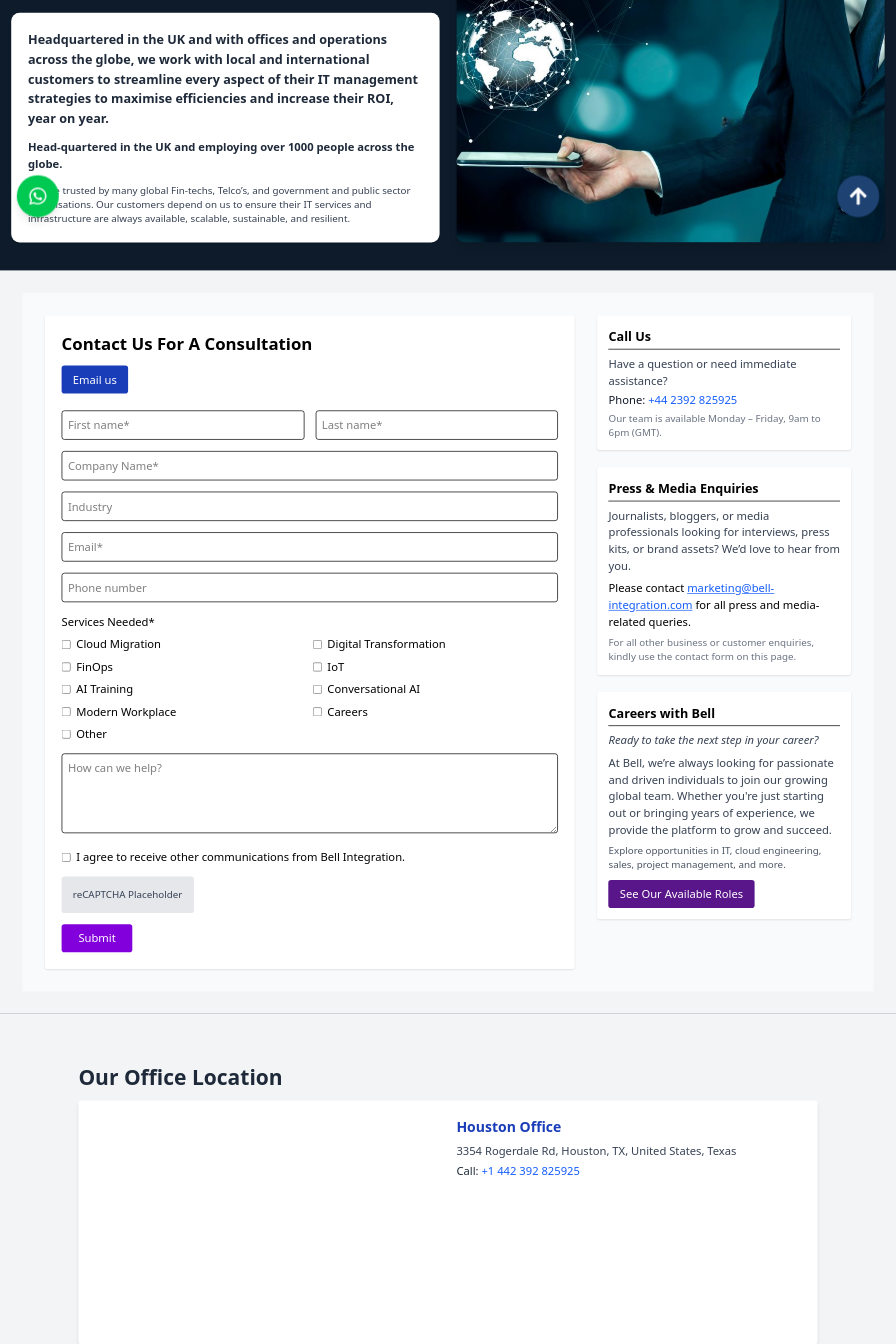
Repository: chykesure/cloudsentrics_
Page: /contact
These files come from the project's save history. The page is drawn as it stood at one moment and after the next save; the edit follows.
The browser window is 1280 px wide. The pictures show the part of the page from y = 385 to 2305 px (the page is 2555 px tall before and 2677 px after), at 70% of full size.
Pictures or frames that could not be fetched are drawn as grey boxes. The project was rebuilt for these pictures with package versions that can differ from the ones it lists, and the page was loaded fresh each time. Also part of the build but not shown: vite.config.js, src/pages/Header.jsx, src/pages/Footer.jsx, src/pages/students/Reviews.jsx, src/pages/students/Testimony.jsx, src/pages/students/TestimonyLanding.jsx, src/pages/LandingPage.jsx, src/pages/students/Header.jsx and 41 more.

Above is the page before, as saved 2025-04-09 12:37:28.

### src/index.css
@import "tailwindcss";

@keyframes zoomInOut {
    0% {
        transform: scale(1);
    }
    100% {
        transform: scale(1.1);
    }
}

.zoom-animation {
    animation: zoomInOut 5s infinite alternate ease-in-out;

}

### src/App.jsx
import { BrowserRouter as Router, Routes, Route } from "react-router-dom";
import LandingPage from "./pages/LandingPage";
import StudentPage from "./pages/students/StudentPage";
import AboutUs from "./pages/students/AboutUs/AboutUs";
import "./App.css";
import AWS from "./pages/students/courses/AWS";
import DevSecOps from "./pages/students/courses/DevSecOps";
import AZURE from "./pages/students/courses/AZURE";
import Blogs from "./pages/students/blogs/Blogs";
import EventsPage from "./pages/students/events/EventsPage";
import FloatsButtons from "./pages/FloatsButtons";
import PartnerPage from "./pages/partners/home/PartnerPage";
import Ai from "./pages/partners/menu/ai";
import CloudSecurity from "./pages/partners/menu/cloudsecurity";
import IOT from "./pages/partners/menu/iot";
import Technology from "./pages/partners/menu/technology";
import Workplace from "./pages/partners/menu/workplace";
import InsightMenu from "./pages/partners/main_menu/insight";
import NewsPage from "./pages/partners/main_menu/news";
import CaseStudy from "./pages/partners/main_menu/casestudy";
import AboutCloud from "./pages/partners/main_menu/aboutus";
import Careers from "./pages/partners/main_menu/careers";
import ContactUs from "./pages/partners/main_menu/contact";

function App() {
  return (
    <Router>
      <div className="flex flex-col min-h-screen">
        {/* Floating Buttons will always be visible */}
        <FloatsButtons />

        <div className="flex-grow pt-20"> {/* Adjust padding-top based on header height */}
          <Routes>

            {/* Student Section */}
            <Route path="/" element={<LandingPage />} />
            <Route path="/StudentPage" element={<StudentPage />} />
            <Route path="/about" element={<AboutUs />} />
            <Route path="/courses/AWS" element={<AWS />} />
            <Route path="/courses/Azure" element={<AZURE />} />
            <Route path="/courses/DevSecOps" element={<DevSecOps />} />
            <Route path="/blog" element={<Blogs />} />
            <Route path="/events" element={<EventsPage />} />

            {/* The Partner Section */}
            <Route path="/PartnerPage" element={<PartnerPage />} />
            <Route path="/ai" element={<Ai />} />
            <Route path="/cloud-security" element={<CloudSecurity />} />
            <Route path="/iot" element={<IOT />} />
            <Route path="/technology" element={<Technology />} />
            <Route path="/modern-workplace" element={<Workplace />} />
            <Route path="/insights" element={<InsightMenu />} />
            <Route path="/news" element={<NewsPage />} />
            <Route path="/case-studies" element={<CaseStudy />} />
            <Route path="/about-cloudsentrics" element={<AboutCloud />} />
            <Route path="/careers" element={<Careers />} />
            <Route path="/contact" element={<ContactUs />} />
          </Routes>
        </div>
      </div>
    </Router>
  );
}

export default App;

### src/pages/FloatsButtons.jsx
import { FaWhatsapp, FaArrowUp } from "react-icons/fa";
import { motion } from "framer-motion";

const FloatsButtons = () => {
    const scrollToTop = () => {
        window.scrollTo({ top: 0, behavior: "smooth" });
    };

    return (
        <>
            {/* Floating WhatsApp Button (Left) */}
            <motion.a
                href="https://wa.me/message/62QVNSESZ56FC1"
                target="_blank"
                rel="noopener noreferrer"
                className="fixed bottom-6 left-6 bg-green-500 text-white p-4 rounded-full shadow-lg flex items-center justify-center z-50"
                title="Chat with us on WhatsApp"
                animate={{ y: [0, -10, 0] }}
                transition={{ duration: 1.5, repeat: Infinity, repeatType: "reverse", ease: "easeInOut" }}
                whileHover={{ scale: 1.2 }}
            >
                <FaWhatsapp size={28} />
            </motion.a>

            {/* Floating Back to Top Button (Right) */}
            <motion.button
                onClick={scrollToTop}
                className="fixed bottom-6 right-6 bg-[#1e4272] text-white p-4 rounded-full shadow-lg flex items-center justify-center z-50"
                title="Back to Top"
                animate={{ y: [0, -10, 0] }}
                transition={{ duration: 1.5, repeat: Infinity, repeatType: "reverse", ease: "easeInOut" }}
                whileHover={{ scale: 1.2 }}
            >
                <FaArrowUp size={28} />
            </motion.button>
        </>
    );
};

export default FloatsButtons;

### src/pages/partners/main_menu/contact.jsx
import React from "react";
import Header from "../Header";
import { motion } from "framer-motion";
import { Link } from "react-router-dom";
import Footer from "../home/Footer";
import SearchArticles from "./search";
import ContactForm from "./contactother";
import ContactMap from "./contactmap";

const logo = "/assets/logo.jpg";
const heroImage = "/assets/contact.jpg";

const ContactUs = () => {
    return (
        <div className="min-h-screen bg-[#0d1b2a] text-white">
            {/* Header Section */}
            <div className="flex justify-center px-6 md:px-12 py-6 bg-white shadow-lg w-full h-28 md:h-32 lg:h-40">
                <div className="flex items-center justify-between w-full max-w-[1200px] mx-auto h-full">

                    {/* Left: Logo and Branding - Fully Left-Aligned */}
                    <div className="absolute left-0 flex items-center w-auto h-full">
                        <Link to="/PartnerPage">
                            <img
                                src={logo}
                                alt="Cloudsentrics Logo"
                                className="h-20 md:h-28 lg:h-34 w-auto ml-9 transition-all duration-300"
                            />
                        </Link>
                    </div>

                    {/* Right: Navigation Menu - Centered */}
                    <motion.div
                        className="hidden md:flex flex-grow justify-center items-center space-x-6 lg:space-x-10 text-lg md:text-xl font-bold text-[#1e1e1e] tracking-wide h-full"
                        initial={{ opacity: 0, y: -10 }}
                        animate={{ opacity: 1, y: 0 }}
                        transition={{ duration: 0.6, ease: "easeOut" }}
                    >
                        {[
                            { label: "AI", path: "/ai" },
                            { label: "CLOUD & SECURITY", path: "/cloud-security" },
                            { label: "IOT", path: "/iot" },
                            { label: "MODERN WORKPLACE", path: "/modern-workplace" },
                            { label: "TECHNOLOGY", path: "/technology" }
                        ].map((item, index) => (
                            <Link key={index} to={item.path}>
                                <motion.span
                                    className="cursor-pointer transition-all duration-300 hover:text-blue-600 hover:scale-105 whitespace-nowrap"
                                    whileHover={{ scale: 1.1 }}
                                >
                                    {item.label}
                                </motion.span>
                            </Link>
                        ))}
                    </motion.div>

                </div>
            </div>



            <Header />

            <section className="container mx-auto flex flex-col md:flex-row gap-6 px-4 py-10">
                {/* Left Content */}
                <div className="flex-1 space-y-6">
                    <div>
                        <p className="text-sm text-gray-600 font-semibold">Contact Us</p>
                        <h2 className="text-3xl font-bold border-l-4 border-blue-700 pl-4 mt-2">
                        Get In Touch with <br/>Cloud Sentrics Integration
                        </h2>
                    </div>

                    <div className="bg-white p-6 shadow rounded-xl space-y-4">
                        <p className="text-lg font-semibold text-gray-800">
                        Headquartered in the UK and with offices and operations across the globe, we work with local and international customers to streamline every aspect of their IT management strategies to maximise efficiencies and increase their ROI, year on year.
                        </p>
                        <p className="font-semibold text-gray-800">
                            Head-quartered in the UK and employing over 1000 people across the globe.
                        </p>
                        <p className="text-sm text-gray-700">
                            We are trusted by many global Fin-techs, Telco’s, and government and public sector organisations. Our customers depend on us to ensure their IT services and infrastructure are always available, scalable, sustainable, and resilient.
                        </p>
                    </div>
                </div>

                {/* Right Image */}
                <div className="flex-1">
                    <div className="w-full h-full max-h-[500px] overflow-hidden rounded-xl shadow-lg">
                        <img
                            src={heroImage}
                            alt="Skyscraper"
                            className="w-full h-full object-cover"
                        />
                    </div>
                </div>
            </section>


            <section className="px-4 sm:px-6 md:px-6 lg:px-8 py-8 bg-gray-100">
                <ContactForm />
            </section>


            <section className="px-4 sm:px-6 md:px-6 lg:px-8 py-8 bg-gray-100">
                <ContactMap />
            </section>

            {/* Footer Section */}
            <section className="px-0 sm:px-0 md:px-0 lg:px-0 py-8 bg-gray-100 w-full">
                <Footer />
            </section>

        </div>
    );
};

export default ContactUs;

### src/pages/partners/Header.jsx
import { useState, useEffect } from "react";
import { FaSearch, FaPhone, FaBars, FaTimes } from "react-icons/fa";
import { Link } from "react-router-dom";
import { motion } from "framer-motion";

const Header = () => {
  const [menuOpen, setMenuOpen] = useState(false);
  const [expiry, setExpiry] = useState({ days: 203, hours: 2, minutes: 43, seconds: 8 });

  useEffect(() => {
    const timer = setInterval(() => {
      setExpiry((prev) => {
        let { days, hours, minutes, seconds } = prev;
        if (seconds > 0) {
          seconds -= 1;
        } else {
          seconds = 59;
          if (minutes > 0) {
            minutes -= 1;
          } else {
            minutes = 59;
            if (hours > 0) {
              hours -= 1;
            } else {
              hours = 23;
              if (days > 0) days -= 1;
            }
          }
        }
        return { days, hours, minutes, seconds };
      });
    }, 1000);

    return () => clearInterval(timer);
  }, []);

  return (
    <header className="bg-[#1e4272] text-white flex items-center justify-between px-6 py-4 fixed top-0 left-0 w-full z-50 shadow-md">
      {/* Windows 10 Expiry Countdown */}
      <div className="flex items-center gap-3 text-sm">
        {/* Countdown content here if needed */}
      </div>

      {/* Updated Desktop Navigation with Framer Motion and React Router */}
      <motion.div
        className="hidden lg:flex flex-grow justify-center items-center space-x-6 lg:space-x-10 text-lg lg:text-xl font-semibold tracking-wide h-full"
        initial={{ opacity: 0, y: -10 }}
        animate={{ opacity: 1, y: 0 }}
        transition={{ duration: 0.6, ease: "easeOut" }}
      >
        {[
          { label: "INSIGHTS", path: "/insights" },
          { label: "NEWS", path: "/news" },
          { label: "CASE STUDIES", path: "/case-studies" },
          { label: "ABOUT CLOUD-SENTRICS", path: "/about-cloudsentrics" },
          { label: "CAREERS", path: "/careers" },
          { label: "CONTACT", path: "/contact" },
        ].map((item, index) => (
          <Link key={index} to={item.path}>
            <motion.span
              className="relative cursor-pointer transition-all duration-300 group hover:text-blue-400 whitespace-nowrap"
              whileHover={{ scale: 1.1 }}
            >
              {item.label}
              <span className="absolute left-0 bottom-0 w-0 h-[3px] bg-white transition-all duration-300 group-hover:w-full"></span>
            </motion.span>
          </Link>
        ))}
      </motion.div>

      {/* Contact and Search */}
      <div className="hidden lg:flex items-center gap-4">
        <a
          href="tel:+442392825925"
          className="flex items-center gap-1 text-sm font-semibold transition-all duration-300 hover:text-gray-300"
        >
          <FaPhone /> +1 346-399-8985
        </a>
        <button className="text-white transition-all duration-300 hover:text-gray-300">
          <FaSearch />
        </button>
      </div>

      {/* Mobile Menu Button */}
      <button
        className="lg:hidden text-xl transition-transform transform hover:scale-110"
        onClick={() => setMenuOpen(!menuOpen)}
      >
        {menuOpen ? <FaTimes /> : <FaBars />}
      </button>

      {/* Mobile Navigation with Slide-in Effect */}
      <div
        className={`fixed top-14 left-0 w-full bg-[#1e4272] shadow-md p-4 flex flex-col items-center gap-4 text-sm transform transition-transform duration-500 ${
          menuOpen ? "translate-x-0" : "-translate-x-full"
        }`}
      >
        {["Powering Cloud-Integrated Digital Transformation"].map((item, index) => (
          <a key={index} href="#" className="text-3xl font-semibold transition-all duration-300 hover:scale-110">
            {item}
          </a>
        ))}
        <a href="tel:+442392825925" className="flex items-center gap-1 text-sm font-semibold">
          <FaPhone /> +1 346-399-8985
        </a>
        <button className="text-white transition-all duration-300 hover:text-gray-300">
          <FaSearch />
        </button>
      </div>
    </header>
  );
};

export default Header;

### src/pages/partners/home/Footer.jsx
import React from 'react';
import { FaLinkedin, FaXTwitter, FaInstagram } from 'react-icons/fa6';
import { Link } from 'react-router-dom';

function Footer() {
    return (
        <footer className="bg-white text-black py-6 border-t border-gray-300 text-sm w-full">
            <div className="w-full px-6 lg:px-12">
                {/* Main Footer Section */}
                <div className="flex flex-col md:flex-row justify-between items-center text-center md:text-left">
                    <h3 className="font-bold text-lg text-blue-900">Powering Cloud-Integrated Digital Transformation</h3>

                    {/* Social Icons */}
                    <div className="flex space-x-4 mt-4 md:mt-0">
                        <a href="https://www.linkedin.com/posts/cloud-sentrics_cloud-sentrics-linkedin-activity-7291379079860117505-ve54?utm_source=share&utm_medium=member_android" target="_blank" rel="noopener noreferrer" className="text-gray-600 hover:text-black">
                            <FaLinkedin size={20} />
                        </a>
                        <a href="https://x.com/CloudSentrics" target="_blank" rel="noopener noreferrer" className="text-gray-600 hover:text-black">
                            <FaXTwitter size={20} />
                        </a>
                        <a href="https://www.instagram.com/cloudsentrics/" target="_blank" rel="noopener noreferrer" className="text-gray-600 hover:text-black">
                            <FaInstagram size={20} />
                        </a>
                    </div>
                </div>

                {/* Footer Links */}
                <div className="mt-4 text-center md:text-left">
                    <p>© {new Date().getFullYear()} All rights reserved |
                        <Link to="#" className="ml-2 hover:text-blue-600">Privacy Notice</Link> |
                        <Link to="#" className="ml-2 hover:text-blue-600">Terms & Conditions</Link> |
                        <Link to="#" className="ml-2 hover:text-blue-600">Website T&Cs</Link> |
                        <Link to="#" className="ml-2 hover:text-blue-600">Cookies Policy</Link> |
                        <Link to="#" className="ml-2 hover:text-blue-600">Anti-Slavery Policy</Link> |
                        <Link to="#" className="ml-2 hover:text-blue-600">Sitemap</Link> |
                        <Link to="#" className="ml-2 hover:text-blue-600">Learn more</Link>
                    </p>
                </div>
            </div>
        </footer>
    );
}

export default Footer;

### src/pages/partners/main_menu/contactmap.jsx
import React from "react";

const ContactMap = () => {
  return (
    <div className="bg-gray-100 py-10 px-4 md:px-20 text-gray-800">
      <h2 className="text-3xl font-semibold mb-4">Our Office Location</h2>

      <div className="grid grid-cols-1 md:grid-cols-2 gap-6 items-start bg-white p-6 rounded shadow-md">
        {/* Left: Google Map */}
        <div className="w-full">
          <iframe
            title="Houston Office Map"
            src="https://www.google.com/maps/embed?pb=!1m18!1m12!1m3!1d13807.84773977804!2d-95.56307065!3d29.72636405!2m3!1f0!2f0!3f0!3m2!1i1024!2i768!4f13.1!3m3!1m2!1s0x8640c4fd9d2f11d1%3A0x3dcb9674fa5e6f01!2s3354%20Rogerdale%20Rd%2C%20Houston%2C%20TX%2077036%2C%20USA!5e0!3m2!1sen!2sng!4v1712663541234!5m2!1sen!2sng"
            width="100%"
            height="300"
            allowFullScreen=""
            loading="lazy"
            style={{ border: "0", borderRadius: "8px" }}
          ></iframe>
        </div>

        {/* Right: Address Info */}
        <div className="flex flex-col justify-center">
          <h3 className="text-xl font-bold mb-2 text-blue-800">Houston Office</h3>
          <p className="text-gray-700 mb-1">
            3354 Rogerdale Rd, Houston, TX, United States, Texas
          </p>
          <p className="font-medium text-gray-800">
            Call: <a href="tel:+1442392825925" className="text-blue-600">+1 442 392 825925</a>
          </p>
        </div>
      </div>
    </div>
  );
};

export default ContactMap;

Loaded but not shown: index.html (common file); src/main.jsx (common file); src/pages/students/AboutUs/AboutUs.jsx (399 lines, source omitted); src/pages/partners/main_menu/contactother.jsx (215 lines, source omitted)

After the next save:
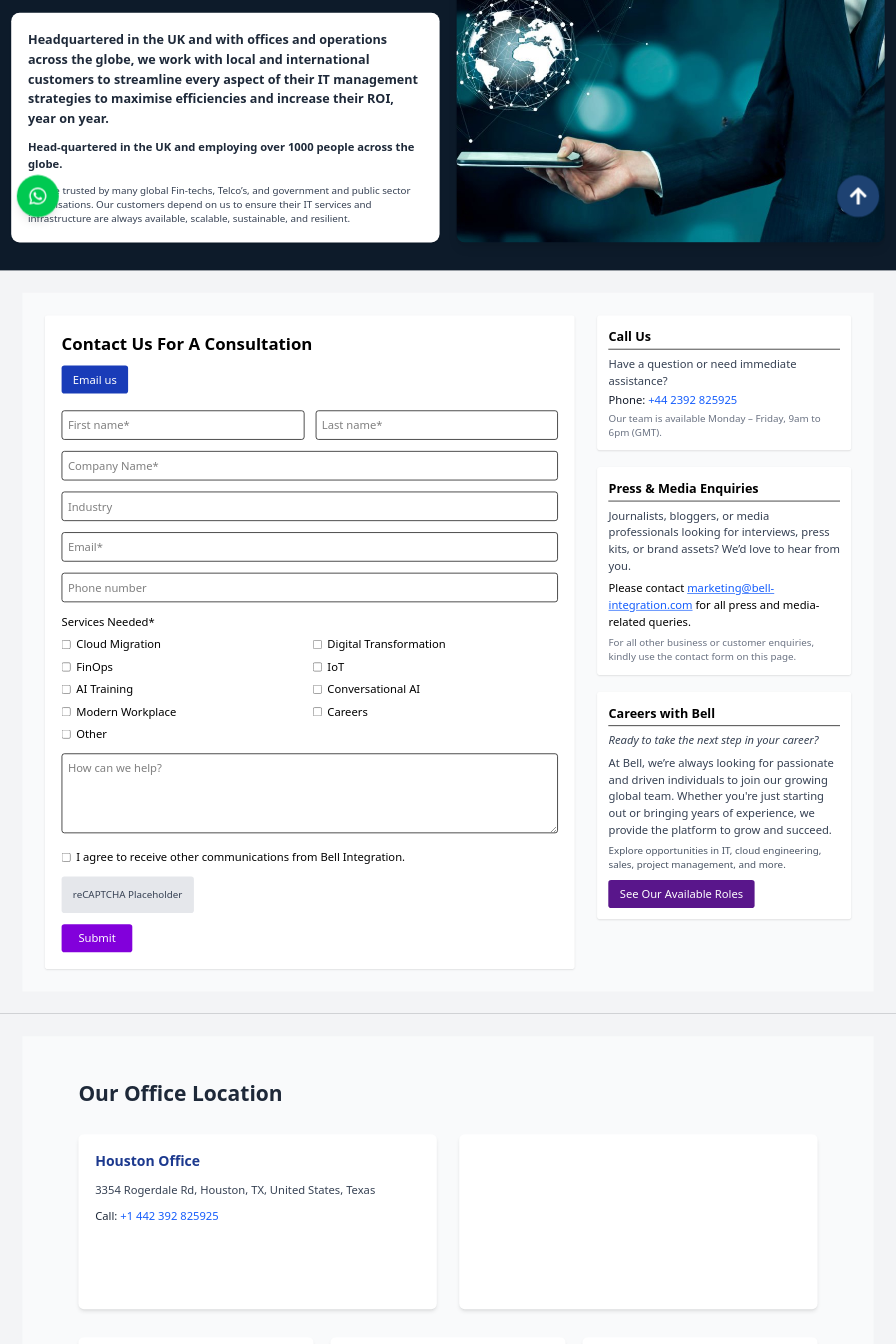
Saved 9 min 46 s later.
--- a/src/pages/partners/main_menu/contactmap.jsx
+++ b/src/pages/partners/main_menu/contactmap.jsx
@@ -1,37 +1,53 @@
 import React from "react";
 
-const ContactMap = () => {
+const HoustonOffice = () => {
   return (
-    <div className="bg-gray-100 py-10 px-4 md:px-20 text-gray-800">
-      <h2 className="text-3xl font-semibold mb-4">Our Office Location</h2>
+    <div className="bg-[#f9fafb] py-16 px-4 sm:px-6 lg:px-20">
+      <h2 className="text-3xl font-semibold text-gray-800 mb-10">Our Office Location</h2>
 
-      <div className="grid grid-cols-1 md:grid-cols-2 gap-6 items-start bg-white p-6 rounded shadow-md">
-        {/* Left: Google Map */}
-        <div className="w-full">
+      <div className="grid grid-cols-1 md:grid-cols-2 gap-8 mb-10">
+        {/* Left Card: Office Info */}
+        <div className="bg-white rounded-lg shadow-md p-6">
+          <h3 className="text-xl font-bold text-blue-900 mb-4">Houston Office</h3>
+          <p className="text-gray-700 mb-3">
+            3354 Rogerdale Rd, Houston, TX, United States, Texas
+          </p>
+          <p className="text-gray-800 font-medium">
+            Call: <a href="tel:+1442392825925" className="text-blue-600">+1 442 392 825925</a>
+          </p>
+        </div>
+
+        {/* Right Card: Google Map */}
+        <div className="bg-white rounded-lg shadow-md overflow-hidden">
           <iframe
             title="Houston Office Map"
             src="https://www.google.com/maps/embed?pb=!1m18!1m12!1m3!1d13807.84773977804!2d-95.56307065!3d29.72636405!2m3!1f0!2f0!3f0!3m2!1i1024!2i768!4f13.1!3m3!1m2!1s0x8640c4fd9d2f11d1%3A0x3dcb9674fa5e6f01!2s3354%20Rogerdale%20Rd%2C%20Houston%2C%20TX%2077036%2C%20USA!5e0!3m2!1sen!2sng!4v1712663541234!5m2!1sen!2sng"
             width="100%"
-            height="300"
+            height="250"
+            style={{ border: "0" }}
             allowFullScreen=""
             loading="lazy"
-            style={{ border: "0", borderRadius: "8px" }}
           ></iframe>
         </div>
+      </div>
 
-        {/* Right: Address Info */}
-        <div className="flex flex-col justify-center">
-          <h3 className="text-xl font-bold mb-2 text-blue-800">Houston Office</h3>
-          <p className="text-gray-700 mb-1">
-            3354 Rogerdale Rd, Houston, TX, United States, Texas
-          </p>
-          <p className="font-medium text-gray-800">
-            Call: <a href="tel:+1442392825925" className="text-blue-600">+1 442 392 825925</a>
-          </p>
+      {/* Bottom Info Boxes Below the Map */}
+      <div className="grid grid-cols-1 sm:grid-cols-2 md:grid-cols-3 gap-6">
+        <div className="bg-white rounded-lg shadow-md p-6 text-center">
+          <h4 className="text-lg font-semibold text-gray-800 mb-2">Call Us</h4>
+          <p className="text-gray-600">+1 442 392 825925</p>
+        </div>
+        <div className="bg-white rounded-lg shadow-md p-6 text-center">
+          <h4 className="text-lg font-semibold text-gray-800 mb-2">Email Us</h4>
+          <p className="text-gray-600">support@chyketech.com</p>
+        </div>
+        <div className="bg-white rounded-lg shadow-md p-6 text-center">
+          <h4 className="text-lg font-semibold text-gray-800 mb-2">Working Hours</h4>
+          <p className="text-gray-600">Mon - Fri: 9:00 AM - 5:00 PM</p>
         </div>
       </div>
     </div>
   );
 };
 
-export default ContactMap;
+export default HoustonOffice;
